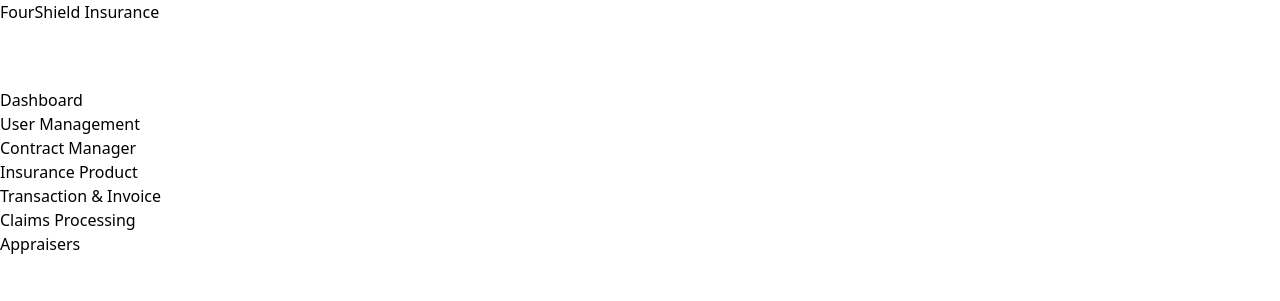
Repository: MockProject9920/MockProject_022025_Nhom4
Page: / (app in frontend/)
These files come from the project's save history. The page is drawn as it stood at one moment and after the next save; the edit follows.
The browser window is 1280 px wide. The pictures show the whole page.
The project was rebuilt for these pictures with package versions that can differ from the ones it lists, and the page was loaded fresh each time. Also part of the build but not shown: frontend/vite.config.js.

Above is the page before, as saved 2025-03-12 14:10:10.

After the next save:
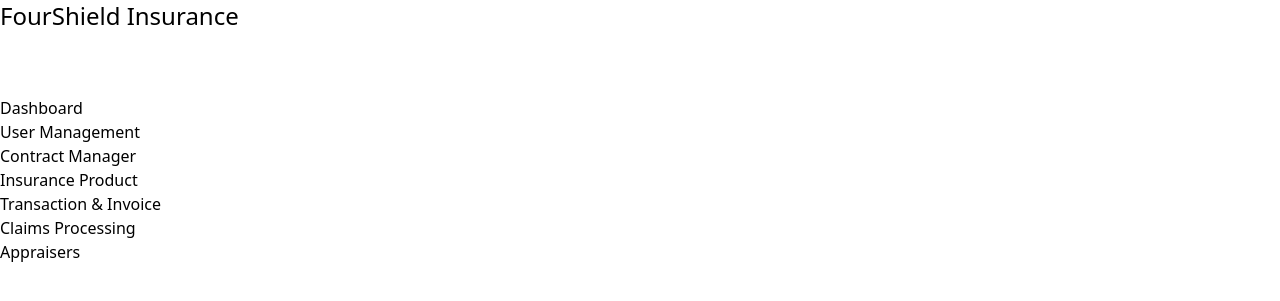
Saved 14 s later.
--- a/frontend/src/components/AdminSidebar.jsx
+++ b/frontend/src/components/AdminSidebar.jsx
@@ -15,7 +15,7 @@ function AdminSidebar() {
   };
   return (
     <div className="space-y-16 h-screen">
-      <p className="">FourShield Insurance</p>
+      <p className="text-2xl">FourShield Insurance</p>
       <div>
         <p>Dashboard</p>
         <div>
